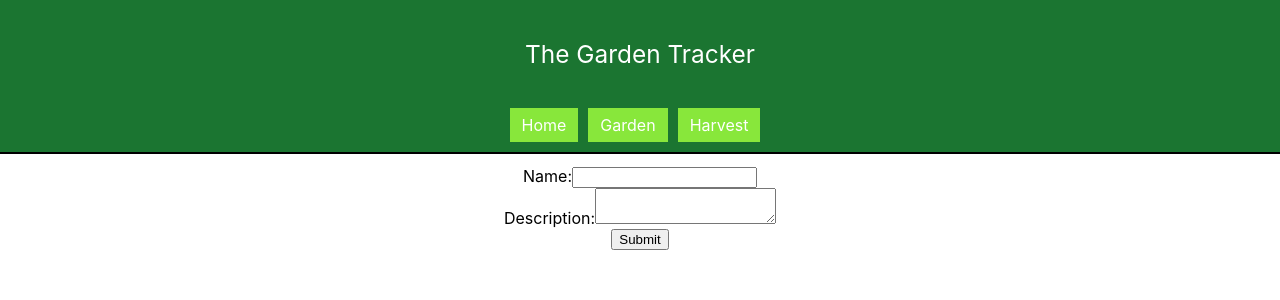
Repository: charliejp0311/ReactReduxFinal
Page: /garden (app in gardentracker/)
The author's editor kept a copy of each file at every save. The page is drawn from the files as they stood at one save, then again after the next save.
The browser window is 1280 px wide. The pictures show the whole page.
The page's requests for data from a server got no answer. The project was rebuilt for these pictures with package versions that can differ from the ones it lists, and the page was loaded fresh each time. No one was signed in, and anything a server would have sent is missing. Also part of the build but not shown: gardentracker/src/containers/GardenbookContainer.js, gardentracker/src/components/GardenPlant.js, gardentracker/src/components/HarvestPlant.js, gardentracker/src/containers/HarvestContainer.js, gardentracker/src/components/UpdatePlantForm.js, gardentracker/src/components/NoteForm.js, gardentracker/src/components/noteList.js, gardentracker/src/containers/PlantContainer.js and 1 more.

Above is the page before, as saved 2020-11-11 07:30:44.

### gardentracker/src/index.js
import React from 'react';
import ReactDOM from 'react-dom';
//style
import './index.css';
//APP
import App from './containers/App';
//Reducer
import reducer from './redux/index'
//router
import { BrowserRouter } from "react-router-dom";
//store and middleware
import { Provider } from 'react-redux';
import { applyMiddleware, createStore } from 'redux';
import { composeWithDevTools } from 'redux-devtools-extension';
import thunk from 'redux-thunk';

const store = createStore(reducer, composeWithDevTools(
  applyMiddleware(thunk),
));


ReactDOM.render(
  <Provider store={store}>
    <BrowserRouter>
      <App />
    </BrowserRouter>
  </Provider>,
  document.getElementById('root')
);

### gardentracker/src/containers/App.js
import React,{Component} from 'react';
import '../App.css';
import { connect } from 'react-redux';
import {startSetGardenbook} from '../redux/actions';
import {Switch,Route} from 'react-router-dom';
import GardenbookContainer from './GardenbookContainer';
import GardenContainer from './GardenContainer';
import HarvestContainer from './HarvestContainer';
import PlantContainer from './PlantContainer';
import NavBar from '../components/Navbar';
import HarvestedPlant from '../components/HarvestedPlant';

class App extends Component {


  componentDidMount(){
    this.props.startSetGardenbook();

  };

  render(){
    return (
      <div className="App">
          <header className="App-header">
            The Garden Tracker
          </header>
          <NavBar />
          <Switch>
            <Route exact path='/' render={(props)=><GardenbookContainer {...props} />} />
            <Route exact path='/garden' render={(props)=><GardenContainer {...props} />}/>
            <Route exact path='/harvest' render={(props)=><HarvestContainer {...props}/>}/>
            <Route exact path='/plants/:id' render={(props)=><PlantContainer {...props}  />}/>
            <Route exact path='/harvested_plant/:id' render={props=><HarvestedPlant {...props} />} />
          </Switch>
      </div>
    );
  };
}

export default connect(null, {startSetGardenbook})(App);

### gardentracker/src/redux/index.js
import { combineReducers } from 'redux';
import garden from './GardenReducer'

export default combineReducers({
    garden
})

### gardentracker/src/App.css
.App {
  text-align: center;
}

.App-logo {
  height: 40vmin;
  pointer-events: none;
}

@media (prefers-reduced-motion: no-preference) {
  .App-logo {
    animation: App-logo-spin infinite 20s linear;
  }
}

.App-header {
  background-color: #1b7531;
  min-height: 15vh;
  display: flex;
  flex-direction: column;
  align-items: center;
  justify-content: center;
  font-size: calc(10px + 2vmin);
  color: white;
}

ul {
  list-style: none;
}

div {
  column-count: auto;
}
.App-link {
  color: #beebf8;
}

.garden {
  display: grid;
  grid-template-columns: 3fr;
  grid-template-rows: auto;
  grid-gap: 25px;
  padding-top: 10px;
  padding-bottom: 30px;
}

.plant {
  height: auto;
  width: auto;
  box-shadow: 10px 10px grey;
  padding: 10px;
  border-radius: 10px;
}

.navBar a:link,
.navBar a:visited {
  background-color: #88e73b;
  color: white;
  padding: 7px 12px;
  text-align: center;
  text-decoration: none;
  display: inline-block;
}

.navBar a:hover,
.navBar a:active {
  background-color: #1b7531;
}

@keyframes App-logo-spin {
  from {
    transform: rotate(0deg);
  }
  to {
    transform: rotate(360deg);
  }
}

### gardentracker/src/redux/actions.js

export const startSetGardenbook = () => {
    return(dispatch, getState)=>{
        fetch('http://localhost:3001/gardenbooks/1')
            .then(resp=>resp.json())
            .then(data=> dispatch(setGardenbook(data)))
    };
};

export const startAddPlant = (plantData={}) => {
    const {name,description,gardenbook_id} = plantData;
    const plant ={
        name,
        description,
        gardenbook_id,
    };
    let configObj = {
        method: "POST",
        headers: {
            "Content-Type": "application/json",
            "Accept": "application/json"
        },
        body: JSON.stringify(plant)
    };
    return (dispatch, getState) =>{
        fetch(`http://localhost:3001/plants`, configObj )
        .then(resp=>resp.json())
        .then(json=>dispatch(addPlant(json)))
    };
};

export const startUpdatePlant = (plantData={}) => {
    const {name,description,gardenbook_id, id, growing} = plantData;
    const plant ={
        id,
        name,
        description,
        gardenbook_id,
        growing,
    };
    let configObj = {
        method: "PATCH",
        headers: {
            "Content-Type": "application/json",
            "Accept": "application/json"
        },
        body: JSON.stringify(plant)
    };
    return (dispatch, getState) =>{
        fetch(`http://localhost:3001/plants/${plant.id}`, configObj )
        .then(resp=>resp.json())
        .then(json=>dispatch(updatePlant(json)))
    };
};

export const startDeletePlant = (plantData={}) => {
    const {name,description,gardenbook_id, id, growing} = plantData;
    const plant ={
        id,
        name,
        description,
        gardenbook_id,
        growing,
    };
    let configObj = {
        method: "DELETE",
        headers: {
            "Content-Type": "application/json",
            "Accept": "application/json"
        },
        body: JSON.stringify(plant)
    };
    return (dispatch, getState) =>{
        fetch(`http://localhost:3001/plants/${plant.id}`, configObj )
        .then(resp=>resp.json())
        .then(json=>dispatch(deletePlant(json)))
    };
};
export const startDeleteNote = (id = '') => {
    const note = {
        id: id,
    }
    let configObj = {
        method: "DELETE",
        headers: {
            "Content-Type": "application/json",
            "Accept": "application/json"
        },
        body: JSON.stringify(note),
    };
    return (dispatch, getState) =>{
        fetch(`http://localhost:3001/notes/${note.id}`, configObj )
        .then(resp=>resp.json())
        .then(json=>dispatch(deleteNote(json)))
    };
};

export const startAddNote = (noteData={}) => {
    const {note,plant_id,gardenbook_id,actionId} = noteData;
    const newNote ={
        note,
        plant_id,
        gardenbook_id,
        action_id: actionId
    };
    let configObj = {
        method: "POST",
        headers: {
            "Content-Type": "application/json",
            "Accept": "application/json"
        },
        body: JSON.stringify(newNote)
    };
    return (dispatch, getState) =>{
        fetch(`http://localhost:3001/notes`, configObj )
        .then(resp=>resp.json())
        .then(json=>dispatch(addNote(json)))
    };
};

export const setGardenbook = (book)=>{
    return{
        type: "SET_GARDENBOOK",
        book
    }
}


//PLANTS
export const addPlant = (plant) => {
    return {type: 'ADD_PLANT',plant}
}
export const updatePlant = (plant) =>{
    return {type: 'UPDATE_PLANT',plant}
}
export const deletePlant = (plant) => {
    return {type: 'DELETE_PLANT',plant}
}
export const harvestPlant = (plant) => {
    return {type: 'HARVEST_PLANT',plant}
}

////NOTES

export const addNote = (note) => {
    return {type: 'ADD_NOTE',note}
}
export const deleteNote = (note) => {
    return {type: 'DELETE_NOTE',note}
}

### gardentracker/src/containers/GardenContainer.js
import React,{Component} from 'react';
import {connect} from 'react-redux';
import  PlantForm  from "../components/PlantForm";
import  PlantList  from "../components/PlantList";

class GardenContainer extends Component{

    render(){
        const plant = {}
        return(
        <div>
            <PlantForm plant={plant} gardenbook_id={this.props.id} />
            <PlantList garden={this.props.garden} notes={this.props.notes}/>
        </div>
        );
    };
};

const mapStateToProps = state => {
    return{
        id: state.garden.id,
        garden: state.garden.garden,
        notes: state.garden.notes
    }
}

export default connect(mapStateToProps)(GardenContainer);

### gardentracker/src/components/Navbar.js
import React from 'react';
import { NavLink } from 'react-router-dom';

const NavBar = () => {
  return (
    <div className='navBar' style={{ borderBottom: '2px solid black', paddingBottom: '10px', marginBottom: '12px', background: '#1b7531' }}>
      <NavLink
        style={{ marginRight: '10px' }}
        to="/"
      >
        Home
      </NavLink>
      <NavLink
        style={{ marginRight: '10px' }}
        to="/garden"
      >
        Garden
      </NavLink>
      <NavLink
        style={{ marginRight: '10px' }}
        to="/harvest"
      >
        Harvest
      </NavLink>
    </div>
  );
}

export default NavBar;

### gardentracker/src/redux/GardenReducer.js
export default function garden (state = {
    id: '',
    garden: [],
    harvest: [],
    notes: [],
    actions: []
},action){
    switch (action.type) {
        case 'SET_GARDENBOOK':
            let parts = action.book.included
            let gl = []
            let hl = []
            let nl = []
            let al = []
            parts.forEach(part => {
                switch (part.type) {
                    case "action":
                        al.push(part.attributes)
                        break;
                    case "note":
                        nl.push(part.attributes)

                        break;
                    case "plant":
                        if(part.attributes.growing){
                            gl.push(part.attributes)
                        } else {
                            hl.push(part.attributes)
                        }
                        break;

                    default:
                        break;
                }
            });
            return {
                id: action.book.data.id,
                notes: nl,
                garden: gl,
                harvest: hl,
                actions: al,
            };

        case 'ADD_PLANT':
            return {
                ...state,
                garden: state.garden.concat({name: action.plant.name})
            };
        case 'UPDATE_PLANT':
            const plant = action.plant.data.attributes
            const {garden} = state
            const newG = garden.slice(0,plant.id-1)
            newG.push(plant, ...garden.slice(plant.id,garden.length))

            return {
                ...state,
                garden: newG,
            };
        case 'ADD_NOTE':
            const notesData = action.note.data
            const actionsData = action.note.included
            const actions = actionsData.map(action=>{return(action.attributes)})
            const notes = notesData.map(note=>{return(note.attributes)})
            return {
                ...state,
                notes: notes,
                actions: actions,
            };

        case 'DELETE_PLANT':
            const plants = action.plant.included;
            const freshGarden = plants.filter(plant=>plant.attributes.growing ? plant.attributes : null)

            return {
                ...state,
                garden: freshGarden.flat(),
            };
        case 'DELETE_NOTE':
            const allNotes = action.note.included;
            const ns = allNotes.map(note=>{return(note.attributes)});

            return {
                ...state,
                notes: ns,
            };

        case 'HARVEST_PLANT':
            let p = state.plants.filter(plant=>plant.name===action.plant.name) ;
            let inTheGarden = state.plants.filter(plant=>plant.name!==action.plant.name);
            return{
                ...state,
                plants: inTheGarden,
                harvest: state.harvest.concat(p),
            };

        default:
            return state;
    };
};

### gardentracker/src/components/plantForm.js
import React,{Component} from "react";
import { connect } from "react-redux";
import { startAddPlant } from '../redux/actions'
import {startSetGardenbook} from '../redux/actions';

class PlantForm extends Component {
    constructor(props){
        // console.log(props)
        super(props);
        this.state = {
            name: '',
            description: '',
        }
    }
    handleChange=e=>{
      switch (e.target.name) {
        case 'name':
            this.setState({
                ...this.state,
                name: e.target.value
            })
            break;
        case 'description':
            this.setState({
                ...this.state,
                description: e.target.value
            });
            break;
        default:
            break;
      };
    };

    handleSubmit=e=>{
        e.preventDefault();
        this.props.startAddPlant({...this.state, gardenbook_id: this.props.gardenbook_id})
        this.setState({
            ...this.state,
            name: "",
            description: "",
        });
        this.props.startSetGardenbook();
    };
    render(){
        return(
            <form onSubmit={this.handleSubmit}>
                <label htmlFor='name' >
                    Name:
                    <input type='text' name='name' onChange={this.handleChange} value={this.state.name}/>
                </label><br />
                <label htmlFor='description' >
                    Description:
                    <textarea name='description' onChange={this.handleChange} value={this.state.description}/>
                </label><br />
                <input type='submit' />
            </form>
        );
    };
};


export default connect(null,{startAddPlant, startSetGardenbook})(PlantForm);

### gardentracker/src/components/plantList.js
import React, { Component } from "react";
import {connect} from 'react-redux';
import GardenPlant from "./GardenPlant";
import HarvestPlant from "./HarvestPlant";

class PlantList extends Component{
    testHarvest(){
        let plants = []
        if (this.props.garden) {
            plants = this.props.garden.map(plant=><GardenPlant key={plant.id} plant={plant} />)
        }else{
            plants = this.props.harvest.map(plant=><HarvestPlant key={plant.id} plant={plant} />)
        }
        return plants;
    }

    render(){
        return(
            <div>{this.testHarvest()}</div>
        );
    };
};

export default connect(null)(PlantList);

Loaded but not shown: gardentracker/public/index.html (common file); gardentracker/src/index.css (common file)

After the next save:
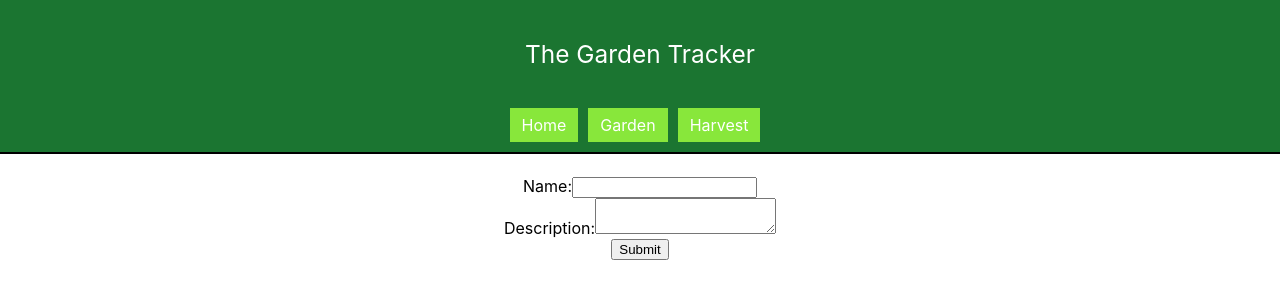
Saved 101 s later.
--- a/gardentracker/src/containers/GardenContainer.js
+++ b/gardentracker/src/containers/GardenContainer.js
@@ -8,7 +8,7 @@ class GardenContainer extends Component{
     render(){
         const plant = {}
         return(
-        <div>
+        <div className='garden'>
             <PlantForm plant={plant} gardenbook_id={this.props.id} />
             <PlantList garden={this.props.garden} notes={this.props.notes}/>
         </div>
